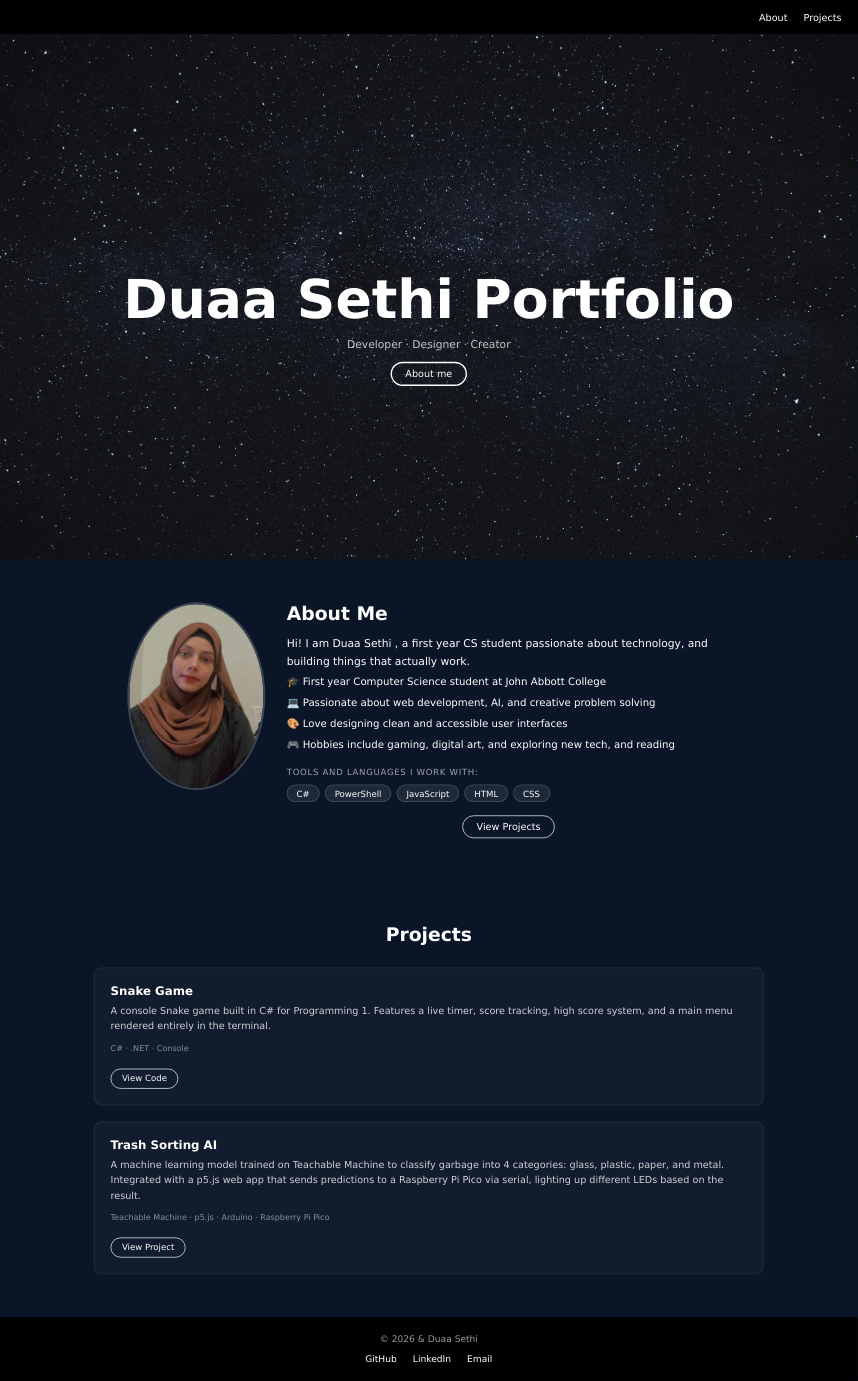
Repository: Duaa-Sethi/Duaa-Sethi
Page: index.html
The author's editor kept a copy of each file at every save. The page is drawn from the files as they stood at one save, then again after the next save.
The browser window is 1280 px wide. The pictures show the whole page, at 67% of full size.
Some web fonts or font styles are not loaded; a fallback is used.

Above is the page before, as saved 2026-05-04 17:37:05.

### index.html
<!doctype html>
<html lang="en">
  <head>
    <meta charset="UTF-8" />
    <meta name="viewport" content="width=device-width, initial-scale=1.0" />
    <title>Dua Portfolio</title>
    <link rel="stylesheet" href="./styles/index.css" />
    <link rel="stylesheet" href="./styles/globals.css" />
  </head>
  <body>
    <!-- NAV -->
    <nav>
      <ul>
        <li><a href="#about">About</a></li>
        <li><a href="#projects">Projects</a></li>
      </ul>
    </nav>

    <!-- HERO -->
    <section class="hero">
      <article>
        <h1>Duaa Sethi Portfolio</h1>
        <p>Developer · Designer · Creator</p>
        <a href="#about">About me</a>
      </article>
    </section>

    <!-- ABOUT -->
    <section class="about" id="about">
      <img src="./assets/images/Dua Sethi.jpeg" alt="Photo of Duaa Sethi" />
      <div class="about-text">
        <h2>About Me</h2>
        <p class="about-intro">
          Hi! I am Duaa Sethi , a first year CS student passionate about
          technology, and building things that actually work.
        </p>

        <ul class="about-list">
          <li>🎓 First year Computer Science student at John Abbott College</li>
          <li>
            💻 Passionate about web development, AI, and creative problem
            solving
          </li>
          <li>🎨 Love designing clean and accessible user interfaces</li>
          <li>
            🎮 Hobbies include gaming, digital art, and exploring new tech, and
            reading
          </li>
        </ul>

        <p class="tools-label">Tools and languages I work with:</p>
        <ul class="tools-list">
          <li>C#</li>
          <li>PowerShell</li>
          <li>JavaScript</li>
          <li>HTML</li>
          <li>CSS</li>
        </ul>

        <a href="#projects" class="projects-btn">View Projects</a>
      </div>
    </section>

    <!-- PROJECTS -->
    <section class="projects" id="projects">
      <h2>Projects</h2>
      <div class="cards">
        <article class="card">
          <h3>Snake Game</h3>
          <p>
            A console Snake game built in C# for Programming 1. Features a live
            timer, score tracking, high score system, and a main menu rendered
            entirely in the terminal.
          </p>
          <p class="tech">C# · .NET · Console</p>
          <a
            href="https://github.com/Duaa-Sethi/Programming1-project-Dua-Sethi"
            target="_blank"
            >View Code</a
          >
        </article>
        <article class="card">
          <h3>Trash Sorting AI</h3>
          <p>
            A machine learning model trained on Teachable Machine to classify
            garbage into 4 categories: glass, plastic, paper, and metal.
            Integrated with a p5.js web app that sends predictions to a
            Raspberry Pi Pico via serial, lighting up different LEDs based on
            the result.
          </p>
          <p class="tech">
            Teachable Machine · p5.js · Arduino · Raspberry Pi Pico
          </p>
          <a
            href="https://editor.p5js.org/duairfansethi/full/mdRLpCkG2"
            target="_blank"
            >View Project</a
          >
        </article>
      </div>
    </section>

    <footer>
      <p>© 2026 & Duaa Sethi</p>
      <ul class="footer-links">
        <ul class="footer-links">
          <li><a href="https://github.com/Duaa-Sethi">GitHub</a></li>
          <li>
            <a
              href="https://www.linkedin.com/in/dua-irfan-sethi-32944838b/"
              target="_blank"
              >LinkedIn</a
            >
          </li>
          <li>
            <a href="mailto:duairfansethi@gmail.com">Email</a>
          </li>
        </ul>
      </ul>
    </footer>
  </body>
</html>

### styles/index.css
body {
  background-color: #0a1628;
}

/* NAV */
nav {
  position: sticky;
  top: 0;
  background-color: black;
  padding: 0 1.5rem;
}

nav ul {
  display: flex;
  justify-content: flex-end;
  gap: 1.5rem;
  padding: 1rem 0;
}

nav ul li a {
  font-size: 0.9rem;
}

.hero {
  display: flex;
  align-items: center;
  justify-content: center;
  text-align: center;
  min-height: 100vh;
  padding: 2rem 1.5rem;

  /* dont memorize, copy paste background defs */
  background-image: url(../assets/images/kai-pilger-Ef6iL87-vOA-unsplash.jpg);
  background-size: cover;
  background-position: center;
  background-repeat: no-repeat;
}

.hero h1 {
  font-size: 2rem;
  margin-bottom: 0.75rem;
}

.hero p {
  font-size: 1rem;
  opacity: 0.75;
  margin: 0 0 1.5rem 0;
}

.hero a {
  border: 2px solid white;
  padding: 0.5rem 1.25rem;
  border-radius: 20px;
  font-size: 0.9rem;
}

.hero a:hover {
  background-color: white;
  color: #0a1628;
  text-decoration: none;
}

/* ABOUT */
.about {
  display: flex;
  align-items: flex-start;
  gap: 1.5rem;
  padding: 3rem 1.5rem;
  text-align: center;
}

.about img {
  max-width: 25%;

  border-radius: 50%;
  border: 3px solid rgba(255, 255, 255, 0.2);
  object-fit: cover;
}

.about h2 {
  font-size: 1.75rem;
  margin-bottom: 1rem;
}

.about p {
  margin: 0 0 0.5rem 0;
  line-height: 1.6;
}
.about-intro {
  display: none;
}

.about-list {
  display: flex;
  flex-direction: column;
  gap: 0.5rem;
  text-align: left;
  margin-bottom: 1.25rem;
}

.about-list li {
  font-size: 0.95rem;
  line-height: 1.5;
}

.tools-label {
  font-size: 0.8rem;
  opacity: 0.6;
  text-transform: uppercase;
  letter-spacing: 0.08em;
  text-align: left;
  margin-bottom: 0.5rem;
}

.tools-list {
  display: flex;
  flex-wrap: wrap;
  gap: 0.5rem;
  text-align: left;
}

.tools-list li {
  background-color: rgba(255, 255, 255, 0.08);
  border: 1px solid rgba(255, 255, 255, 0.2);
  border-radius: 20px;
  padding: 0.3rem 0.85rem;
  font-size: 0.8rem;
}
/* PROJECTS */
.projects {
  padding: 4rem 1.5rem;
  text-align: center;
}
.projects h2 {
  font-size: 1.75rem;
  margin-bottom: 2rem;
}

.cards {
  display: flex;
  flex-direction: column;
  gap: 1.5rem;
}
.card {
  background-color: #111c2e;
  border: 1px solid rgba(255, 255, 255, 0.1);
  border-radius: 12px;
  padding: 1.5rem;
  text-align: left;
}

.card:hover {
  border-color: rgba(255, 255, 255, 0.4);
}

.card h3 {
  font-size: 1.1rem;
  margin-bottom: 0.5rem;
}

.card p {
  font-size: 0.9rem;
  line-height: 1.6;
  opacity: 0.8;
  margin: 0 0 0.5rem 0;
}

.card .tech {
  font-size: 0.75rem;
  opacity: 0.5;
  margin: 0.75rem 0;
}

.card a {
  display: inline-block;
  border: 1px solid white;
  padding: 0.4rem 1rem;
  border-radius: 20px;
  font-size: 0.8rem;
  margin-top: 0.5rem;
}

.card a:hover {
  background-color: white;
  color: #0a1628;
  text-decoration: none;
}

.projects-btn {
  display: block;
  width: fit-content;
  margin: 1.25rem auto 0 auto;
  border: 1px solid white;
  padding: 0.5rem 1.25rem;
  border-radius: 20px;
  font-size: 0.9rem;
}

.projects-btn:hover {
  background-color: white;
  color: #0a1628;
  text-decoration: none;
}
/* FOOTER */

footer {
  text-align: center;
  padding: 1.5rem;
  background-color: black;
}
footer p {
  font-size: 0.85rem;
  opacity: 0.6;
  margin: 0 0 0.75rem 0;
}

.footer-links {
  display: flex;
  justify-content: center;
  gap: 1.5rem;
}

.footer-links a {
  font-size: 0.85rem;
}
/* Small screen like mobile */
@media only screen and (min-width: 600px) {
  .hero h1 {
    font-size: 4rem;
  }
  .about-intro {
    display: block;
  }

  .about {
    flex-direction: row;
    align-items: flex-start;
    text-align: left;
    max-width: 800px;
    margin: 0 auto;
    padding: 4rem 1.5rem;
    gap: 2rem;
  }
  .about img {
    width: 25%;
    max-width: 200px;
  }
  .cards {
    flex-direction: row;
    flex-wrap: wrap;
    justify-content: center;
  }
}
/* desktop /laptop devices 992 px and > */
@media only screen and (min-width: 992px) {
  .hero h1 {
    font-size: 5rem;
  }
  .projects {
    max-width: 1000px;
    margin: 0 auto;
  }

  .about {
    max-width: 900px;
  }
}

### styles/globals.css
/* FONT DEFS */
@font-face {
  font-family: "main font";
  src: url(../assets/fonts/NewsCycle-Regular.ttf);
}

/* CROSS PAGE STYLES */
body {
  font-family: "main font", Verdana, sans-serif;
  color: white;
  margin: 0;
}

h1 {
  font-weight: bold;
  font-size: 1.5rem;
}

a {
  text-decoration: none;
  color: white;
}
h2,
h3 {
  margin: 0;
}
a:hover {
  text-decoration: underline;
}
ul {
  list-style: none;
  padding: 0;
  margin: 0;
}

After the next save:
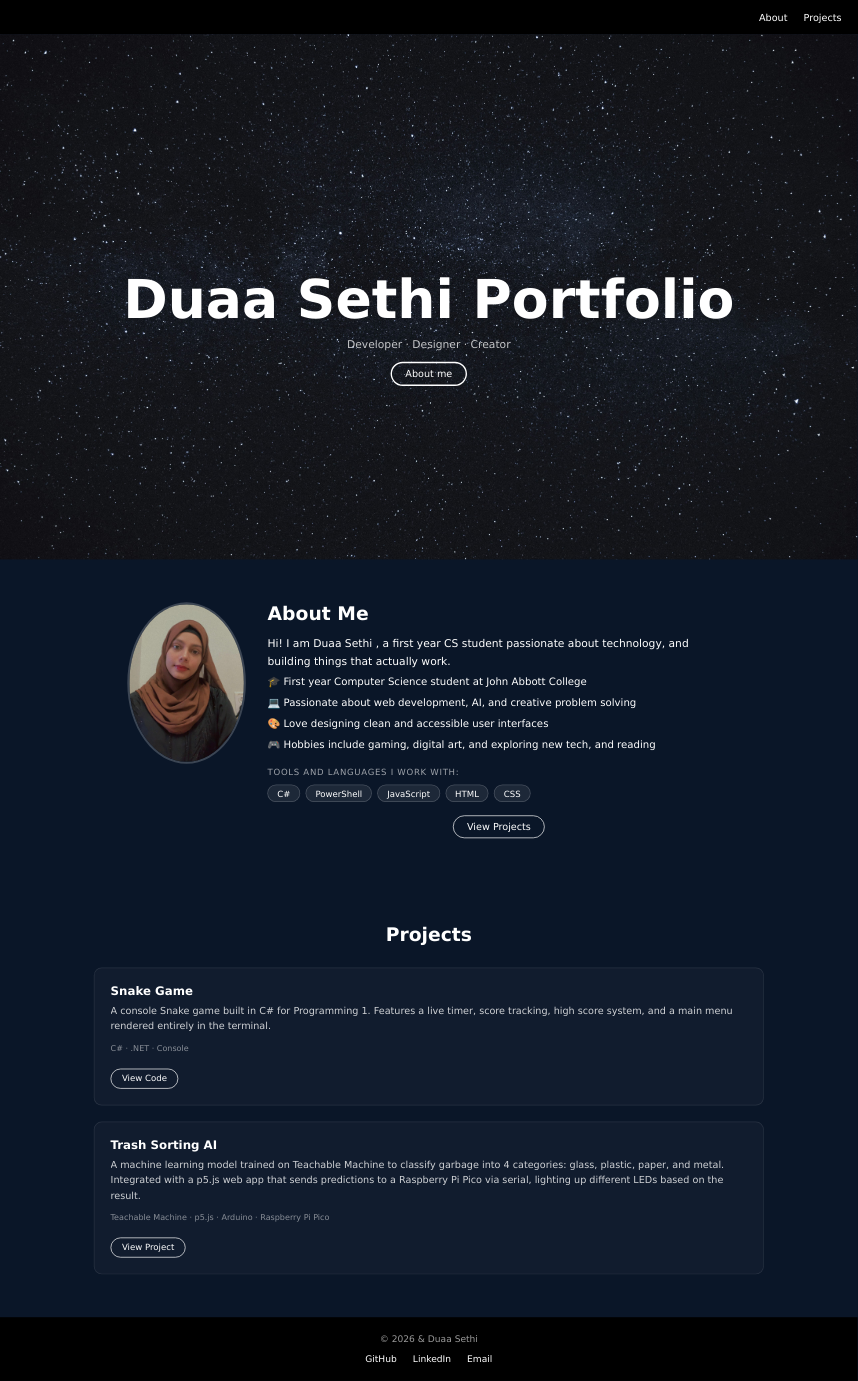
Saved 13 s later.
--- a/styles/index.css
+++ b/styles/index.css
@@ -73,8 +73,10 @@ nav ul li a {
   max-width: 25%;
 
   border-radius: 50%;
+  overflow: hidden;
+  display: inline-block;
+  vertical-align: middle;
   border: 3px solid rgba(255, 255, 255, 0.2);
-  object-fit: cover;
 }
 
 .about h2 {
